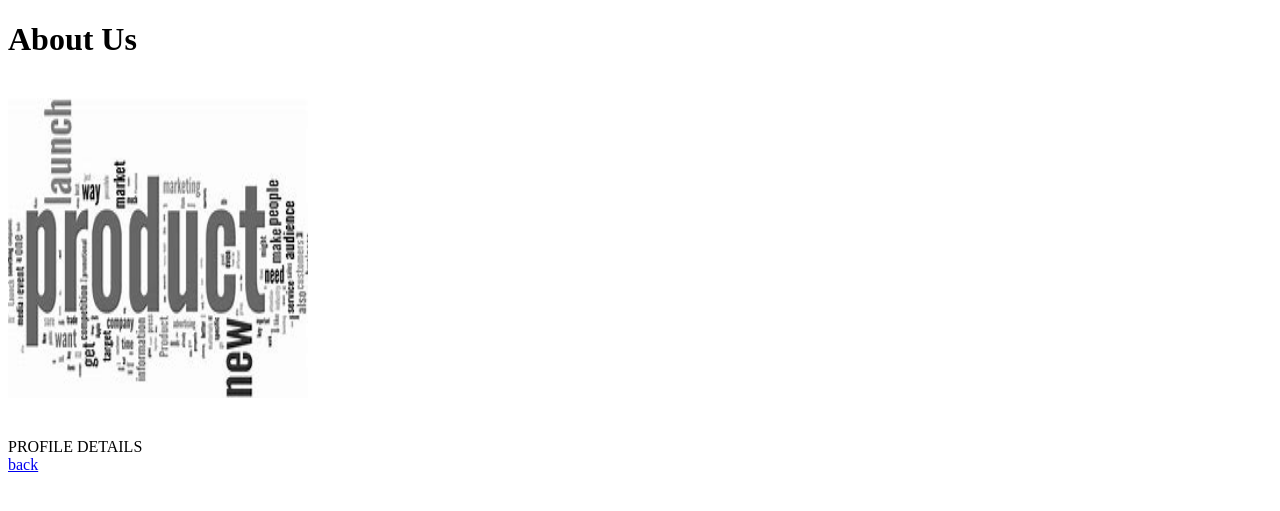
Repository: abhishek110597/Deloitte
Page: Workspace/JavaTraining/about.html
An editor plug-in stored every save of this project. The page is shown before and after the next save, followed by the edit.
The browser window is 1280 px wide. The pictures show the whole page.

Above is the page before, as saved 2019-12-27 11:24:52.

### Workspace/JavaTraining/about.html
<!DOCTYPE html>
<html>
<head>
<meta charset="ISO-8859-1">
<title>about</title>
</head>
<body>
<h1>About Us</h1>
<br/>
<img src="product.jpg" height="300" width="300" alt="Image is loading"/>
<a href="#Profile"></a>
<br/>
<a href="#Current"></a>
<br/>
<a href="#Status"></a>

<br/>
<a name="profile"></a>
PROFILE DETAILS
<br/>
<a href="index.html">back</a>
</body>
</html>

After the next save:
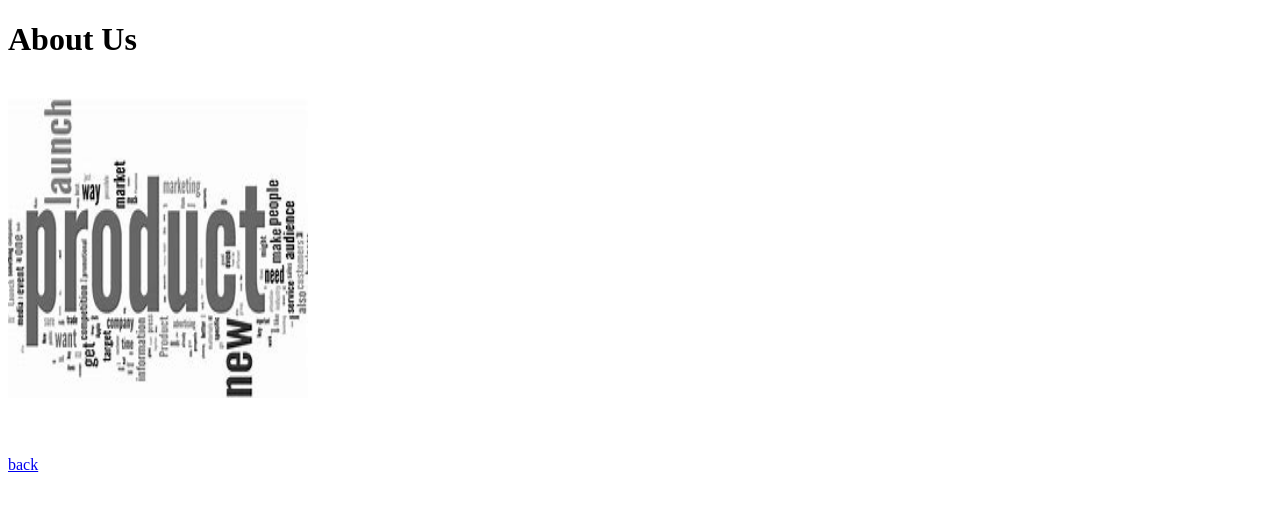
Saved 2 s later.
--- a/Workspace/JavaTraining/about.html
+++ b/Workspace/JavaTraining/about.html
@@ -15,8 +15,7 @@
 <a href="#Status"></a>
 
 <br/>
-<a name="profile"></a>
-PROFILE DETAILS
+
 <br/>
 <a href="index.html">back</a>
 </body>
